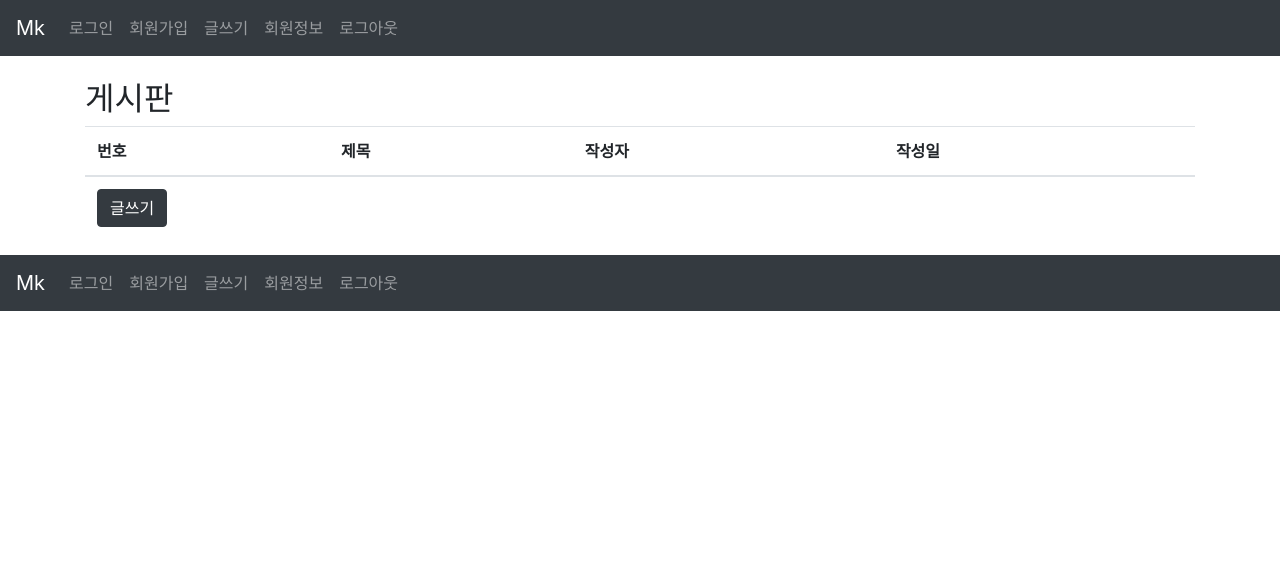
Repository: breadmk/firstmissoin
Page: http://localhost/board/WEB-INF/board/list.jsp
These files come from the project's save history. The page is drawn as it stood at one moment and after the next save; the edit follows.
The browser window is 1280 px wide. The pictures show the whole page.
The page is served by Tomcat 9. Nobody is signed in. The template is opened directly, without the code that normally fills it, so the values that code supplies are empty.

Above is the page before, as saved 2021-04-06 05:04:13.

After the next save:
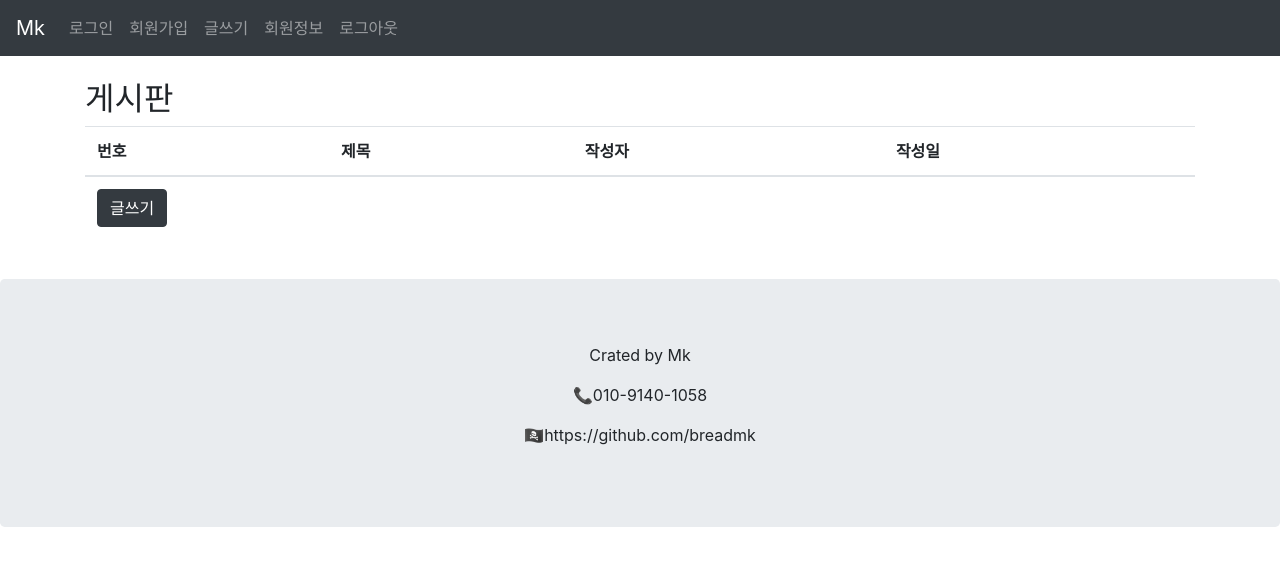
Saved 7 s later.
--- a/board/src/main/webapp/WEB-INF/board/list.jsp
+++ b/board/src/main/webapp/WEB-INF/board/list.jsp
@@ -38,4 +38,4 @@
     </tbody>
   </table>
 </div>
-<%@ include file="../layout/header.jsp" %>
+<%@ include file="../layout/footer.jsp" %>
